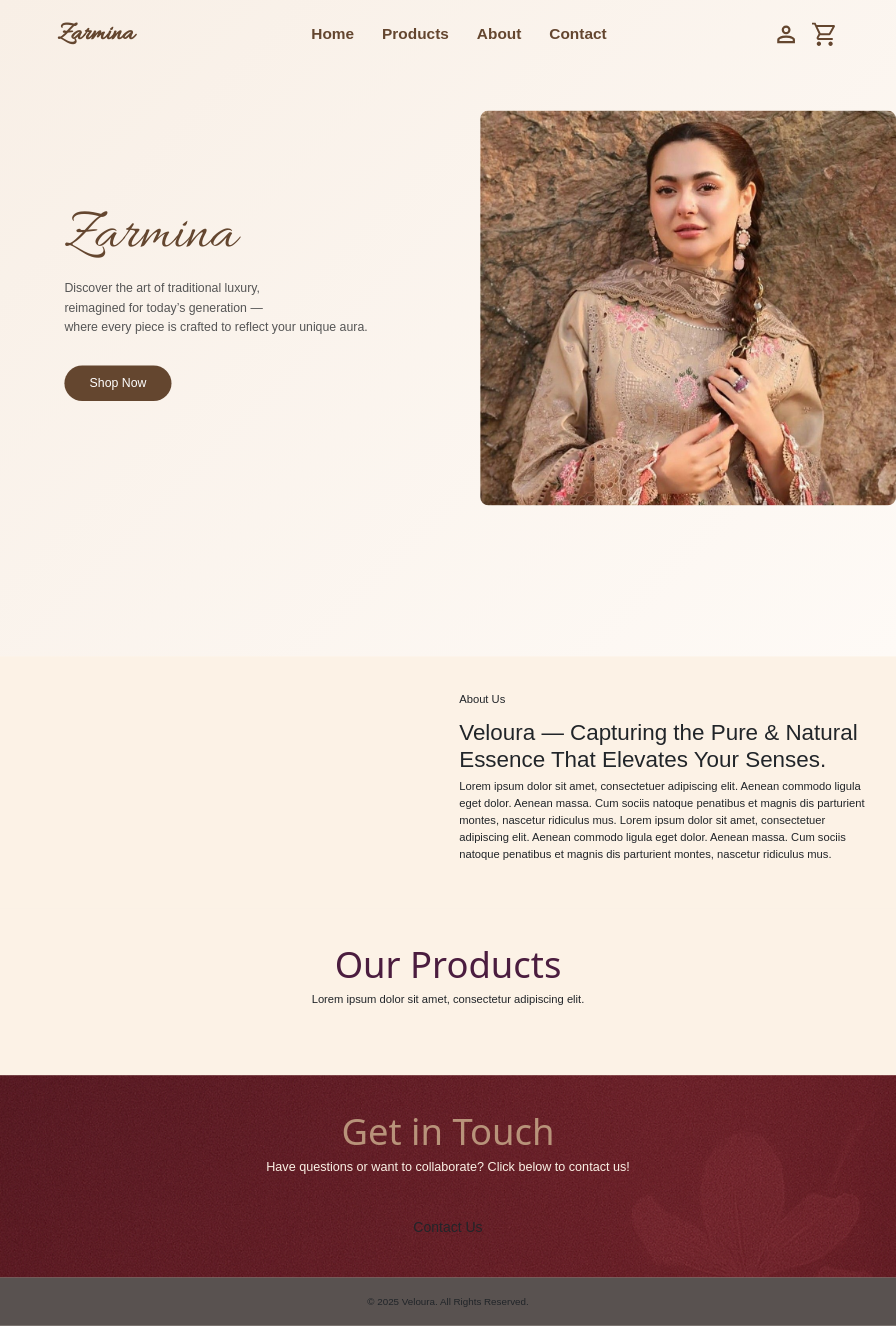
Repository: ayeshatehreem77/Clothing-store
Page: / (app in perfumes-app/)
These files come from the project's save history. The page is drawn as it stood at one moment and after the next save; the edit follows.
The browser window is 1280 px wide. The pictures show the whole page, at 70% of full size.
Pictures or frames that could not be fetched are drawn as grey boxes. The page's requests for data from a server got no answer. Some web fonts or font styles are not loaded; a fallback is used. The project was rebuilt for these pictures with package versions that can differ from the ones it lists, and the page was loaded fresh each time. No one was signed in, and anything a server would have sent is missing. Also part of the build but not shown: perfumes-app/src/components/Alert.js.

Above is the page before, as saved 2025-10-29 23:56:37.

After the next save:
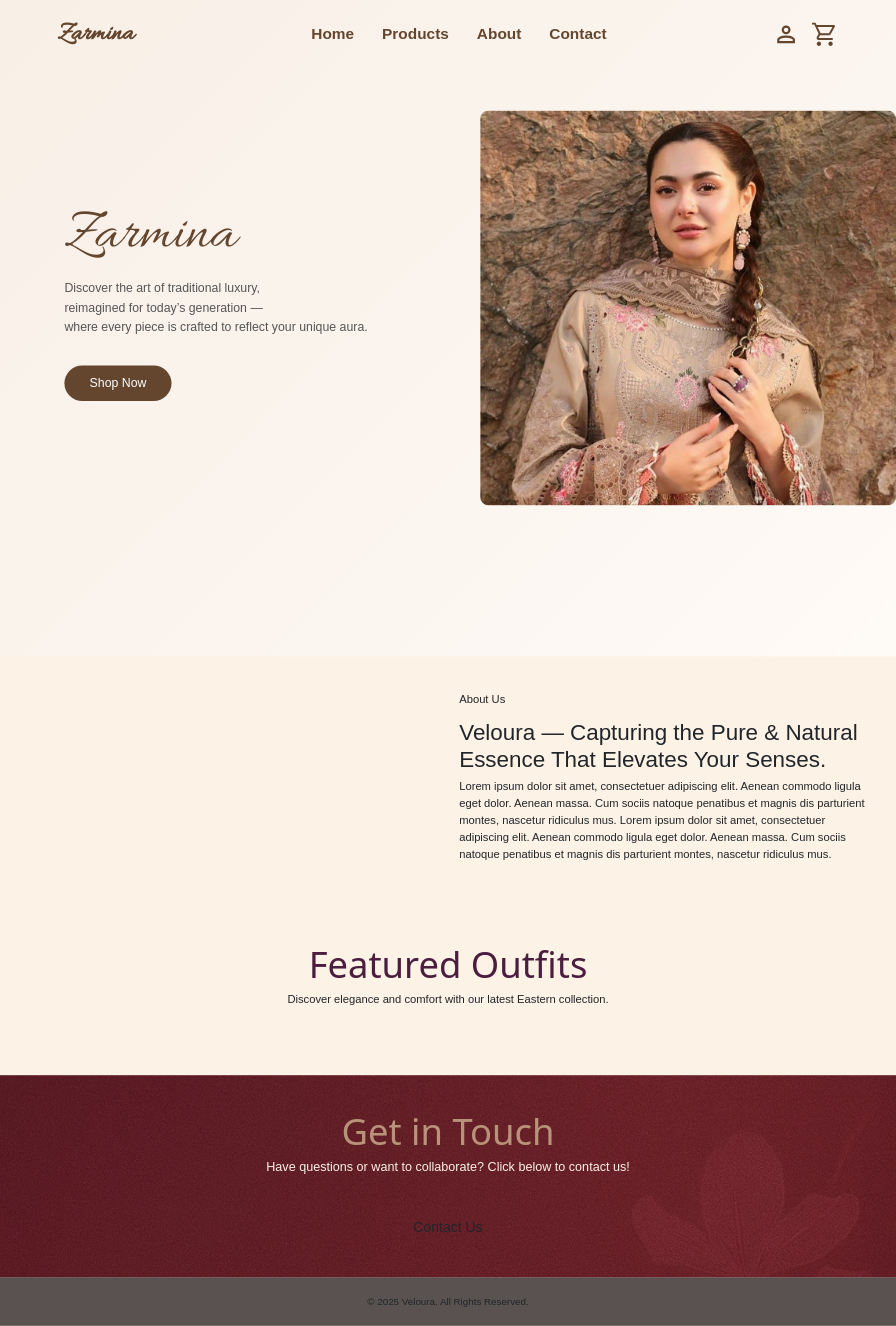
Saved 9 min 14 s later.
--- a/perfumes-app/src/components/Products.js
+++ b/perfumes-app/src/components/Products.js
@@ -9,6 +9,9 @@ function Products({ setSelectedProduct }) {
       try {
         const res = await fetch("http://localhost:4000/products");
         const data = await res.json();
+
+        console.log("Fetched products:", data); // 👀 check console to confirm shape
+        // Adjust depending on your backend response
         setProducts(data.data || data);
       } catch (error) {
         console.error("Failed to fetch products:", error);
@@ -26,9 +29,9 @@ function Products({ setSelectedProduct }) {
     <div id="products" className="products-section py-5">
       <div className="container w-75">
         <div className="product-text text-center mb-5">
-          <h2>Our Products</h2>
+          <h2>Featured Outfits</h2>
           <p className="mx-5 mb-5">
-            Lorem ipsum dolor sit amet, consectetur adipiscing elit.
+            Discover elegance and comfort with our latest Eastern collection.
           </p>
         </div>
 
@@ -42,13 +45,13 @@ function Products({ setSelectedProduct }) {
                 onClick={() => setSelectedProduct(product)}
               >
                 <img
-                  src={product.image}
+                  src={product.images && product.images.length > 0 ? product.images[0] : ""}
                   className="card-img card-img-top"
                   alt={product.name}
                 />
                 <div className="card-body text-center">
                   <h5 className="card-title">{product.name}</h5>
-                  <p className="card-text">${product.price}</p>
+                  <p className="card-text text-muted">PKR {product.price}</p>
                 </div>
               </div>
             </div>
